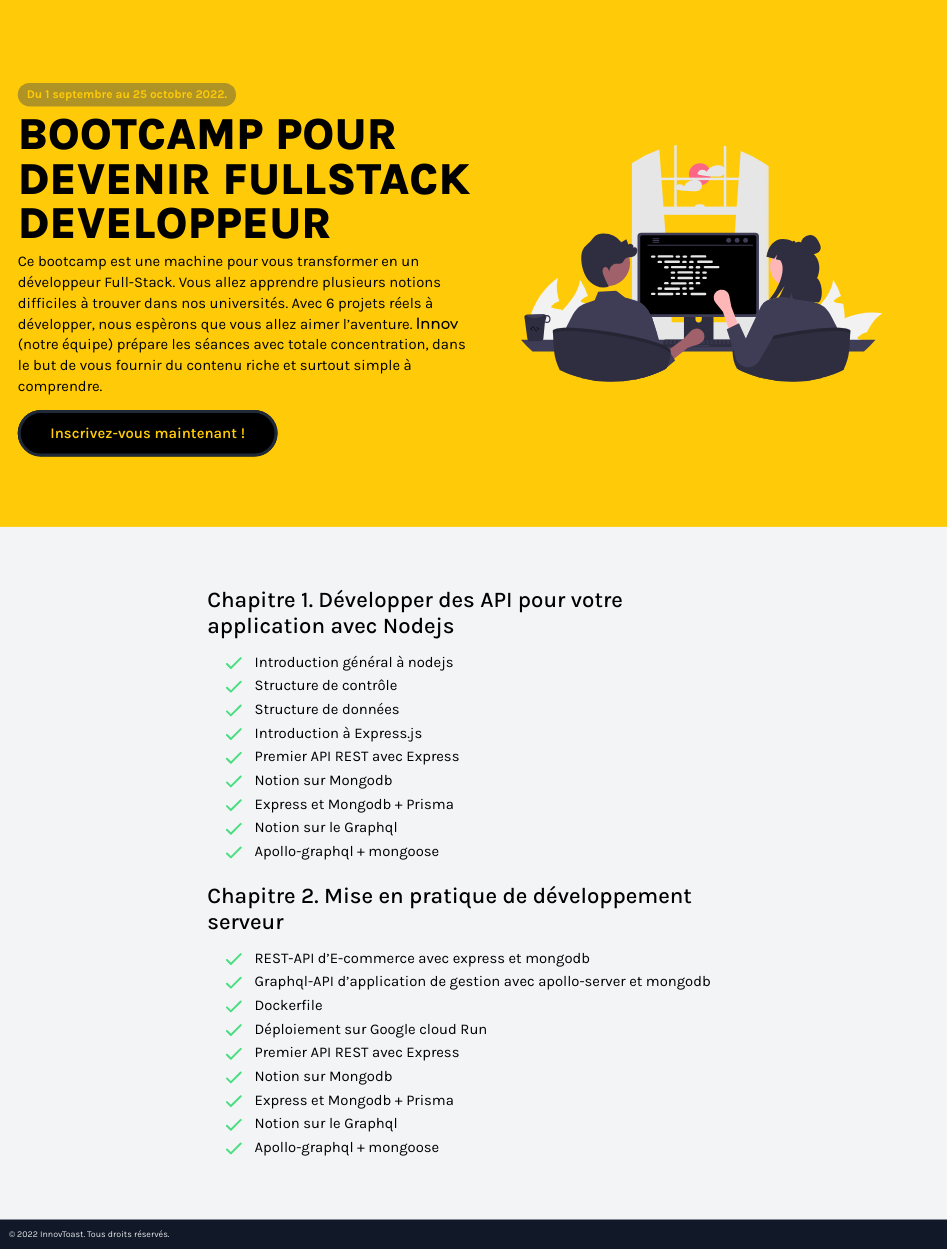
Repository: alfredlwanzo/course
Page: /
These files come from the project's save history. The page is drawn as it stood at one moment and after the next save; the edit follows.
The browser window is 1280 px wide. The pictures show the whole page, at 74% of full size.
The project was rebuilt for these pictures with package versions that can differ from the ones it lists, and the page was loaded fresh each time. The framework's server and built-in components were replaced by stand-ins that run in the browser. Also part of the build but not shown: next.config.js.

Above is the page before, as saved 2022-08-08 17:50:10.

After the next save:
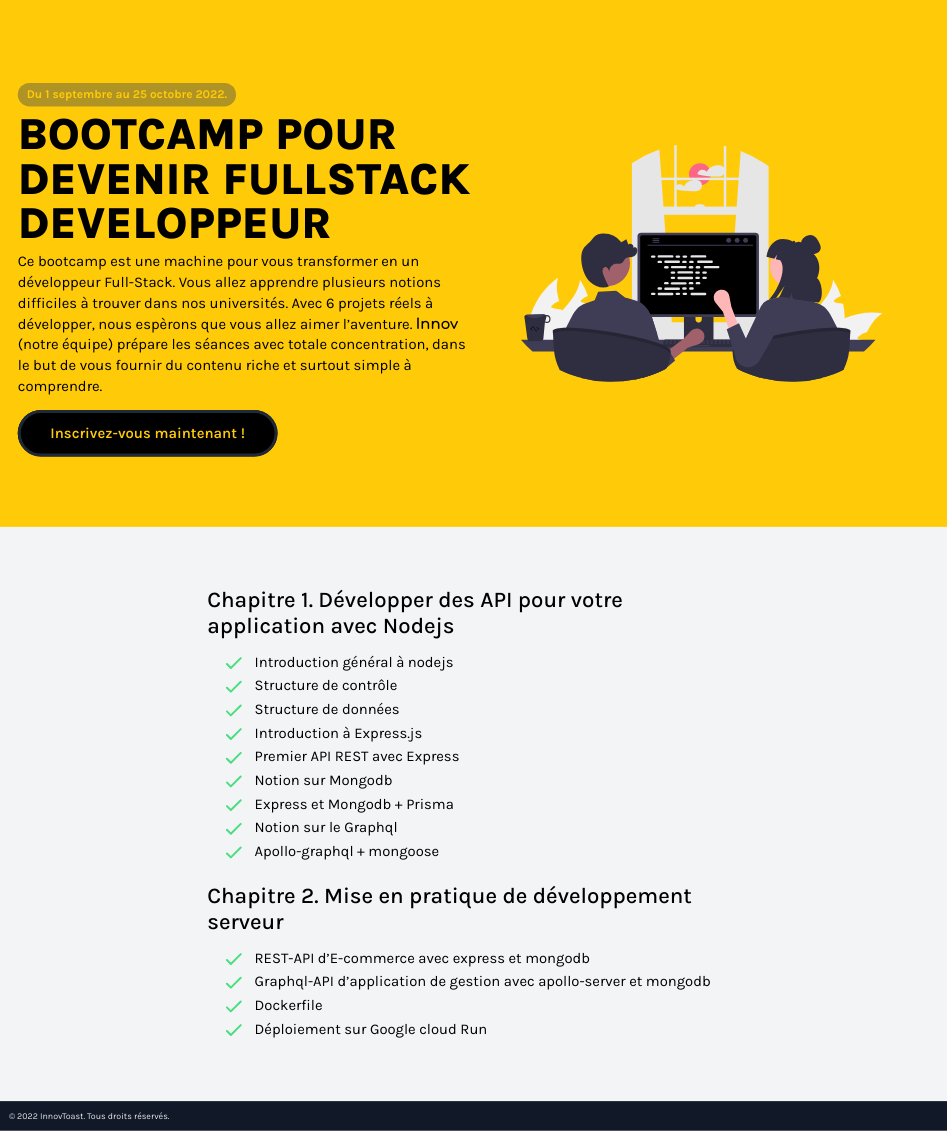
Saved 31 s later.
--- a/src/components/sections/Content.tsx
+++ b/src/components/sections/Content.tsx
@@ -70,26 +70,6 @@
             <CheckIcon className="inline-block h-8 w-8 mr-3 text-green-400" />
             Déploiement sur Google cloud Run
           </li>
-          <li className="text-xl ">
-            <CheckIcon className="inline-block h-8 w-8 mr-3 text-green-400" />
-            Premier API REST avec Express
-          </li>
-          <li className="text-xl ">
-            <CheckIcon className="inline-block h-8 w-8 mr-3 text-green-400" />
-            Notion sur Mongodb
-          </li>
-          <li className="text-xl ">
-            <CheckIcon className="inline-block h-8 w-8 mr-3 text-green-400" />
-            Express et Mongodb + Prisma
-          </li>
-          <li className="text-xl ">
-            <CheckIcon className="inline-block h-8 w-8 mr-3 text-green-400" />
-            Notion sur le Graphql
-          </li>
-          <li className="text-xl ">
-            <CheckIcon className="inline-block h-8 w-8 mr-3 text-green-400" />
-            Apollo-graphql + mongoose
-          </li>
         </ul>
       </div>
     </article>
